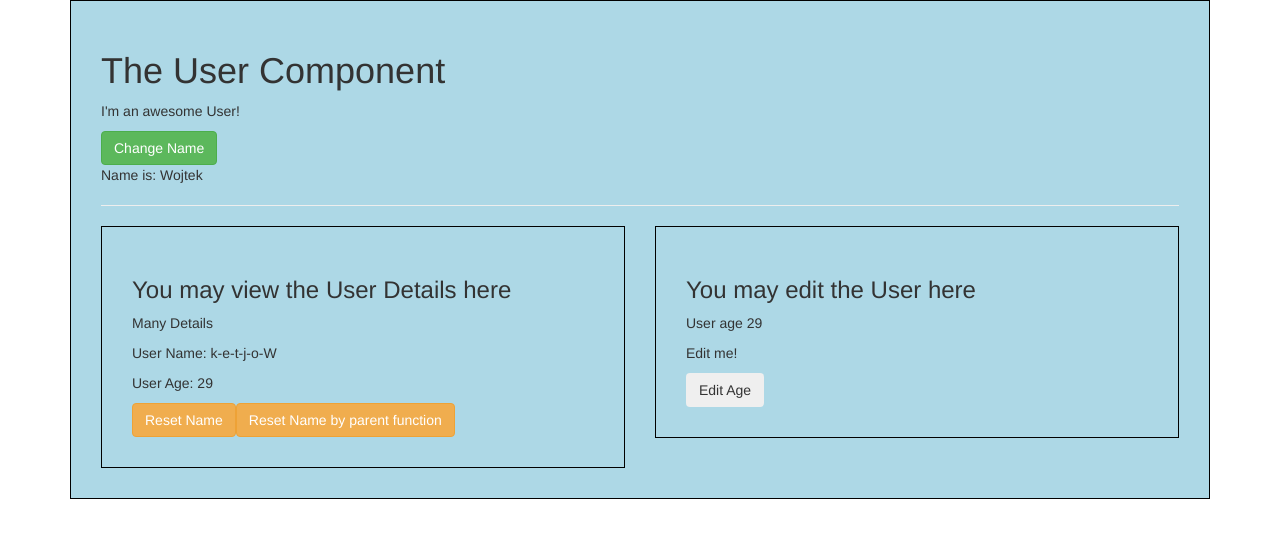
Repository: wojkos/Learn
Page: / (app in Vue/module8/)
The author's editor kept a copy of each file at every save. The page is drawn from the files as they stood at one save, then again after the next save.
The browser window is 1280 px wide. The pictures show the whole page.
The project was rebuilt for these pictures with package versions that can differ from the ones it lists, and the page was loaded fresh each time. Also part of the build but not shown: Vue/module8/webpack.config.js.

Above is the page before, as saved 2018-04-25 16:56:53.

### Vue/module8/src/components/User.vue
<template>
    <div class="component">
        <h1>The User Component</h1>
        <p>I'm an awesome User!</p>
        <button class="btn btn-success" @click="changeName">Change Name</button>
        <p>Name is: {{ name }}</p>
        <hr>
        <div class="row">
            <div class="col-xs-12 col-sm-6">
                <app-user-detail :name="name" @nameWasReset="name = $event" :resetFn="resetName" :userAge="age"></app-user-detail>
            </div>
            <div class="col-xs-12 col-sm-6">
                <app-user-edit
                    :userAge="age"
                    @ageWasEdited="age = $event"
                ></app-user-edit>
            </div>
        </div>
    </div>
</template>

<script>
    import UserDetail from './UserDetail.vue';
    import UserEdit from './UserEdit.vue';

    export default {
        data: function() {
            return {
                name: 'Wojtek',
                age: 29
            };
        },
        methods: {
            changeName() {
                this.name = 'Wojo';
            },
            resetName() {
                this.name = 'Wojtek';
            }
        },
        components: {
            appUserDetail: UserDetail,
            appUserEdit: UserEdit
        }
    }
</script>

<style scoped>
    div {
        background-color: lightblue;
    }
</style>

### Vue/module8/src/components/UserDetail.vue
<template>
    <div class="component">
        <h3>You may view the User Details here</h3>
        <p>Many Details</p>
        <p>User Name: {{ switchName() }}</p>
        <p>User Age: {{ userAge }}</p>
		<button @click="resetName" class="btn btn-warning">Reset Name</button>
		<button @click="resetFn" class="btn btn-warning">Reset Name by parent function</button>
    </div>
</template>

<script>
	export default {
		props: {
			name: {
				type: String,
				required: true
			},
			resetFn: Function,
			userAge: Number
		},
		methods: {
			switchName() {
				return this.name.split("").reverse().join("-");
			},
			resetName() {
				 this.name = 'Nowe zresetowane';
				 this.$emit('nameWasReset', this.name)
			}
		}
	}
</script>

<style scoped>
    div {
        background-color: lightcoral;
    }
</style>

### Vue/module8/src/components/UserEdit.vue
<template>
    <div class="component">
        <h3>You may edit the User here</h3>
        <p>User age {{  userAge }}</p>
        <p>Edit me!</p>
        <button @click="editAge" class="btn btn primary">Edit Age</button>
    </div>
</template>

<script>
export default {
    props: ['userAge'],
    methods: {
        editAge() {
            this.userAge = 30;
            this.$emit('ageWasEdited',this.userAge);
        }
    }
}
</script>

<style scoped>
    div {
        background-color: lightgreen;
    }
</style>

Loaded but not shown: Vue/module8/index.html (common file); Vue/module8/src/main.js (common file); Vue/module8/src/App.vue (common file)

After the next save:
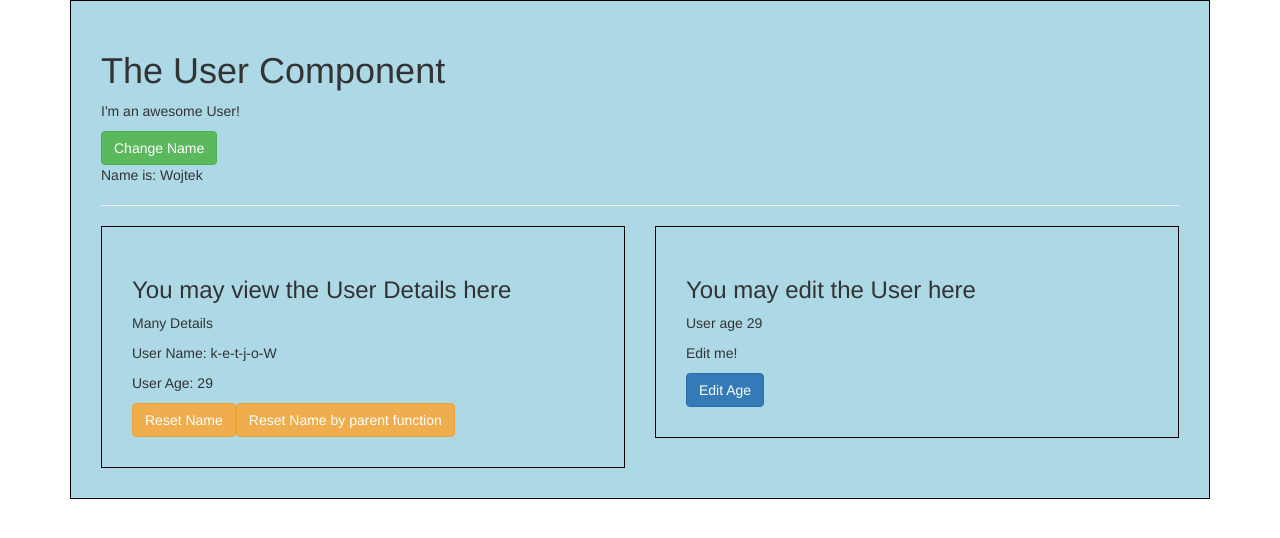
Saved 7 s later.
--- a/Vue/module8/src/components/UserEdit.vue
+++ b/Vue/module8/src/components/UserEdit.vue
@@ -3,7 +3,7 @@
         <h3>You may edit the User here</h3>
         <p>User age {{  userAge }}</p>
         <p>Edit me!</p>
-        <button @click="editAge" class="btn btn primary">Edit Age</button>
+        <button @click="editAge" class="btn btn-primary">Edit Age</button>
     </div>
 </template>
 
